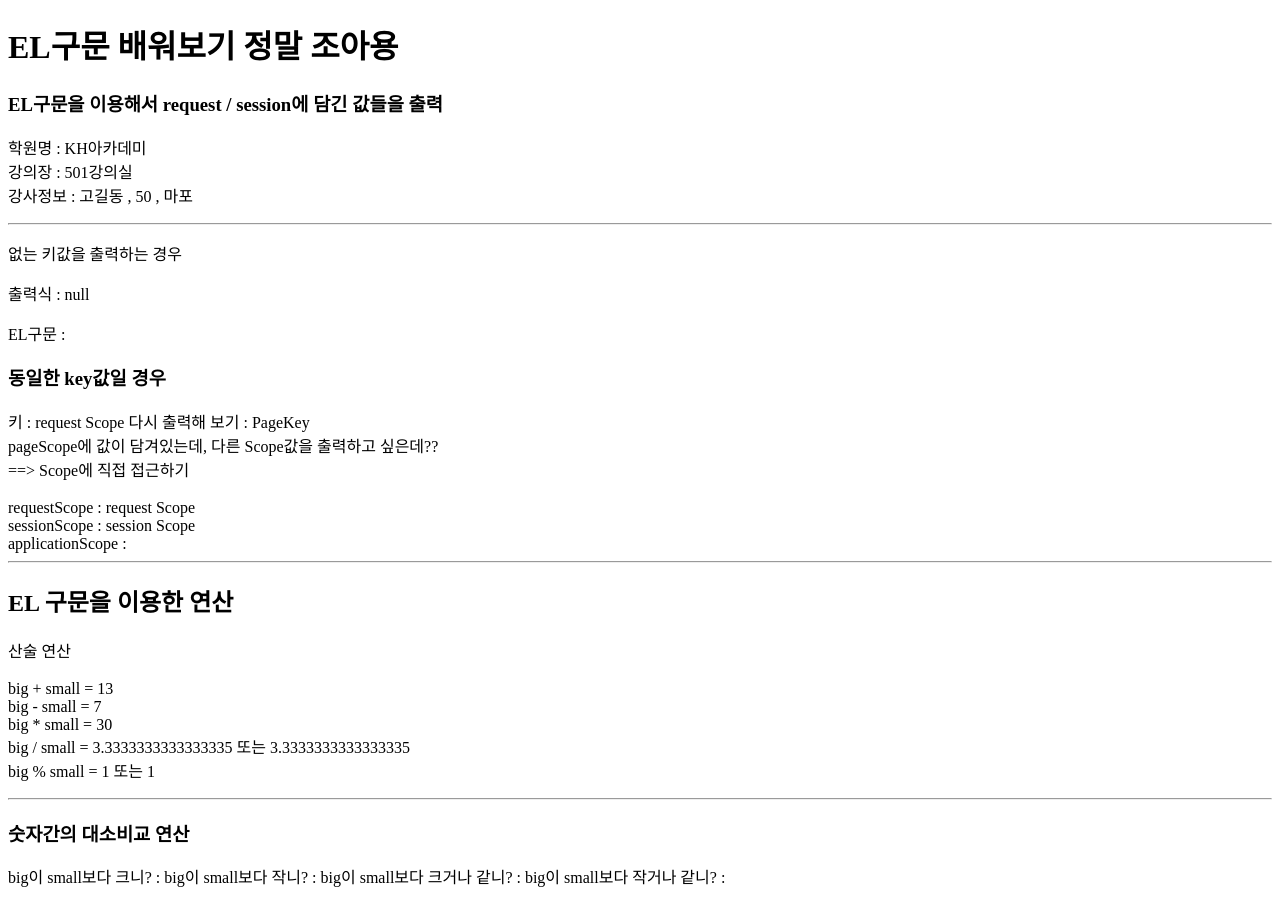
Repository: rlaehqkf/java_practice
Page: http://localhost/ActionProject/el.do
An editor plug-in stored every save of this project. The page is shown before and after the next save, followed by the edit.
The browser window is 1280 px wide. The pictures show the whole page.
The page is served by Tomcat 9.

Above is the page before, as saved 2026-05-06 06:29:09.

After the next save:
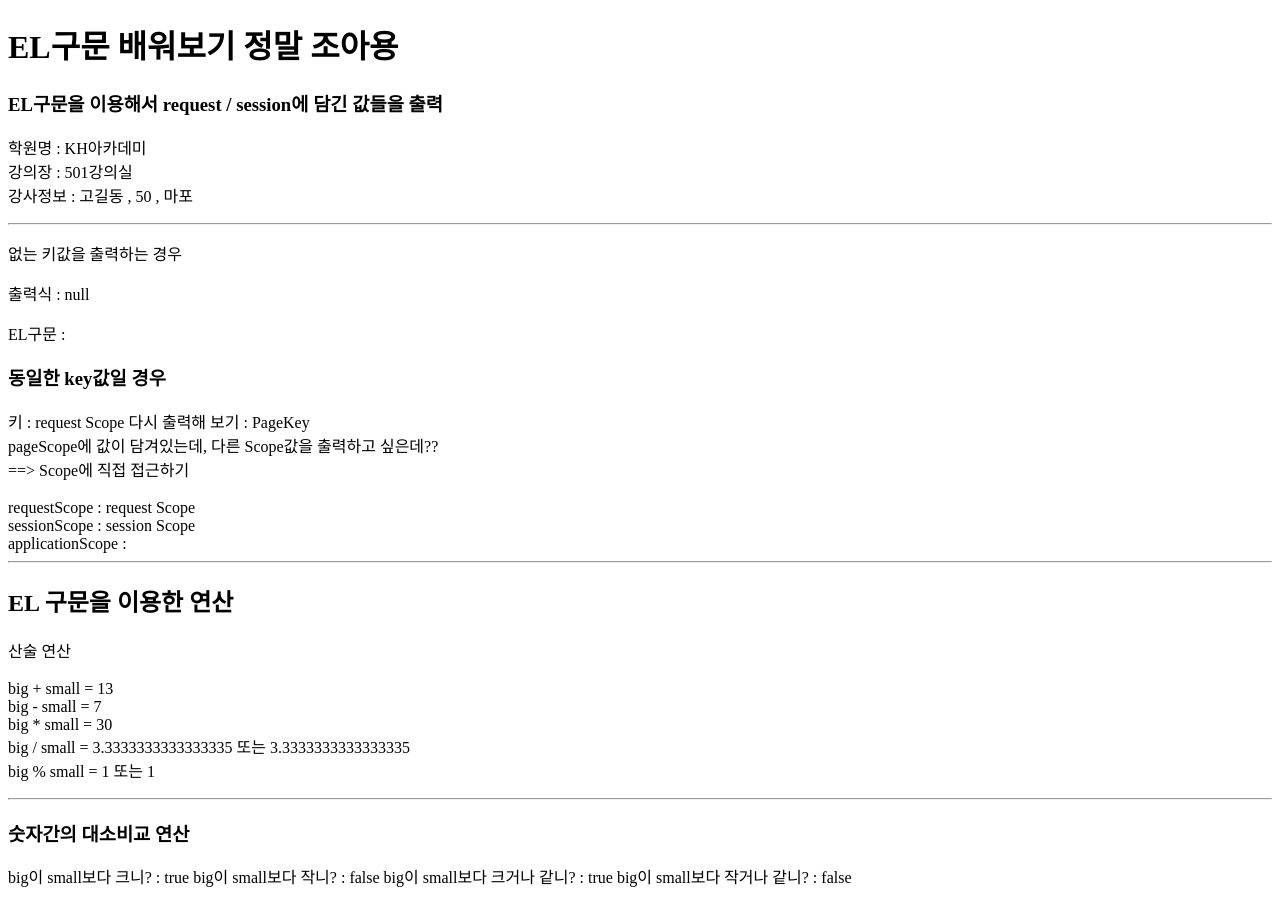
Saved 23 s later.
--- a/ActionProject/src/main/webapp/WEB-INF/views/01_el.jsp
+++ b/ActionProject/src/main/webapp/WEB-INF/views/01_el.jsp
@@ -108,10 +108,10 @@
 	<h3>숫자간의 대소비교 연산</h3>
 
 	<p>
-		big이 small보다 크니? :
-		big이 small보다 작니? :
-		big이 small보다 크거나 같니? :
-		big이 small보다 작거나 같니? :
+		big이 small보다 크니? : ${ big > small }
+		big이 small보다 작니? : ${ big < small }
+		big이 small보다 크거나 같니? : ${ big >= small }
+		big이 small보다 작거나 같니? : ${ big <= small }
 	</p>
 
 
